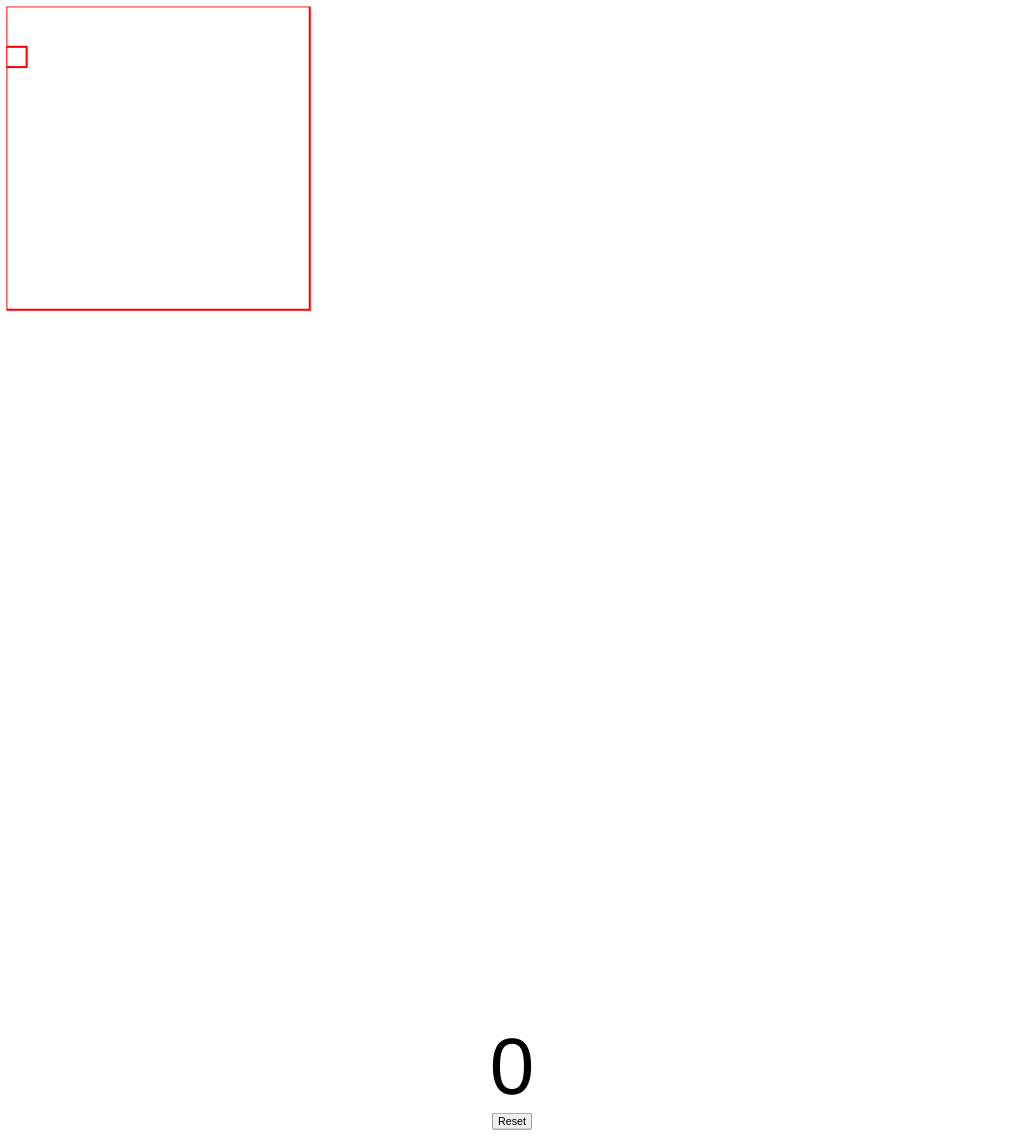
Repository: themoomooo/testgitajout
Page: sneake/index.html
The author's editor kept a copy of each file at every save. The page is drawn from the files as they stood at one save, then again after a run of saves.
The browser window is 1280 px wide. The pictures show the whole page, at 80% of full size.

Above is the page before, as saved 2023-01-24 16:34:59.

### sneake/index.html
<!DOCTYPE html>
<html lang="en">

<head>
    <meta charset="UTF-8">
    <meta http-equiv="X-UA-Compatible" content="IE=edge">
    <meta name="viewport" content="width=device-width, initial-scale=1.0">
    <title>Document</title>
</head>

<body style="text-align: center">
    <svg id="surface" viewbox=" 0 0 500 500"></svg>

    <div id="score" style="font-family: 'Franklin Gothic Medium', 'Arial Narrow', Arial, sans-serif; font-size: 100px;">0</div>
    <button id="resetBtn">Reset</button>
    <script src="js.js"></script>
</body>

</html>

### sneake/js.js
let surface = document.querySelector('#surface')
const gamewidth = surface.clientWidth
const gameheight = surface.clientHeight
console.log(gamewidth,gameheight);
class Piste {
    constructor(x,y,color,) {
        this.x = x;
        this.y = y;
        this.color=color

        this.setsvg();
    }

    setsvg() {

    this.monOjectDom = document.createElementNS('http://www.w3.org/2000/svg','rect');


    this.monOjectDom.style.width = `${this.x}px`;
    this.monOjectDom.style.height = `${this.y}px`;
    this.monOjectDom.style.stroke = this.color;
    this.monOjectDom.style.fill = 'white';
    this.monOjectDom.style.position = 'absolute';
    this.monOjectDom.style.fill = 'white';



    }
    getsvg() {

    return this.monOjectDom;
    }
}

var dir
window.addEventListener("keydown", (event) => {
    dir=event.key
}, true);



class Snake {
    constructor(width,height,x,y,color,) {
        this.width=width;
        this.height=height;
        this.x = x;
        this.y = y;
        this.color=color
        this.setsvg();
    }

    setsvg() {

    this.monOjectDom = document.createElementNS('http://www.w3.org/2000/svg','rect');
    this.monOjectDom.style.width = `${this.width}px`;
    this.monOjectDom.style.height = `${this.height}px`;
    this.monOjectDom.style.stroke = this.color;
    this.monOjectDom.style.fill = 'white';
    this.monOjectDom.setAttribute('x', this.x);
    this.monOjectDom.setAttribute('y', this.y);
    this.monOjectDom.style.position = 'absolute';
    }
    getsvg() {
    return this.monOjectDom;
    }
    move() {
      if(dir==='ArrowRight'){
         this.monOjectDom.style.left
      }else if(dir==='ArrowLeft'){
        this.x -= 1
      }else if(dir==='ArrowUp'){
        this.x -= 1
      }else if(dir==='ArrowDown'){
        this.x += 1
      }
    }
}
const piste = new Piste(150,150,'red');
const snake = new Snake(10,10,0,20,'red');

surface.append(piste.getsvg(),snake.getsvg());
function start() {
    snake.move()
   }
   start()


class Pomme {
    constructor(){

    }
}

After the next 2 saves:
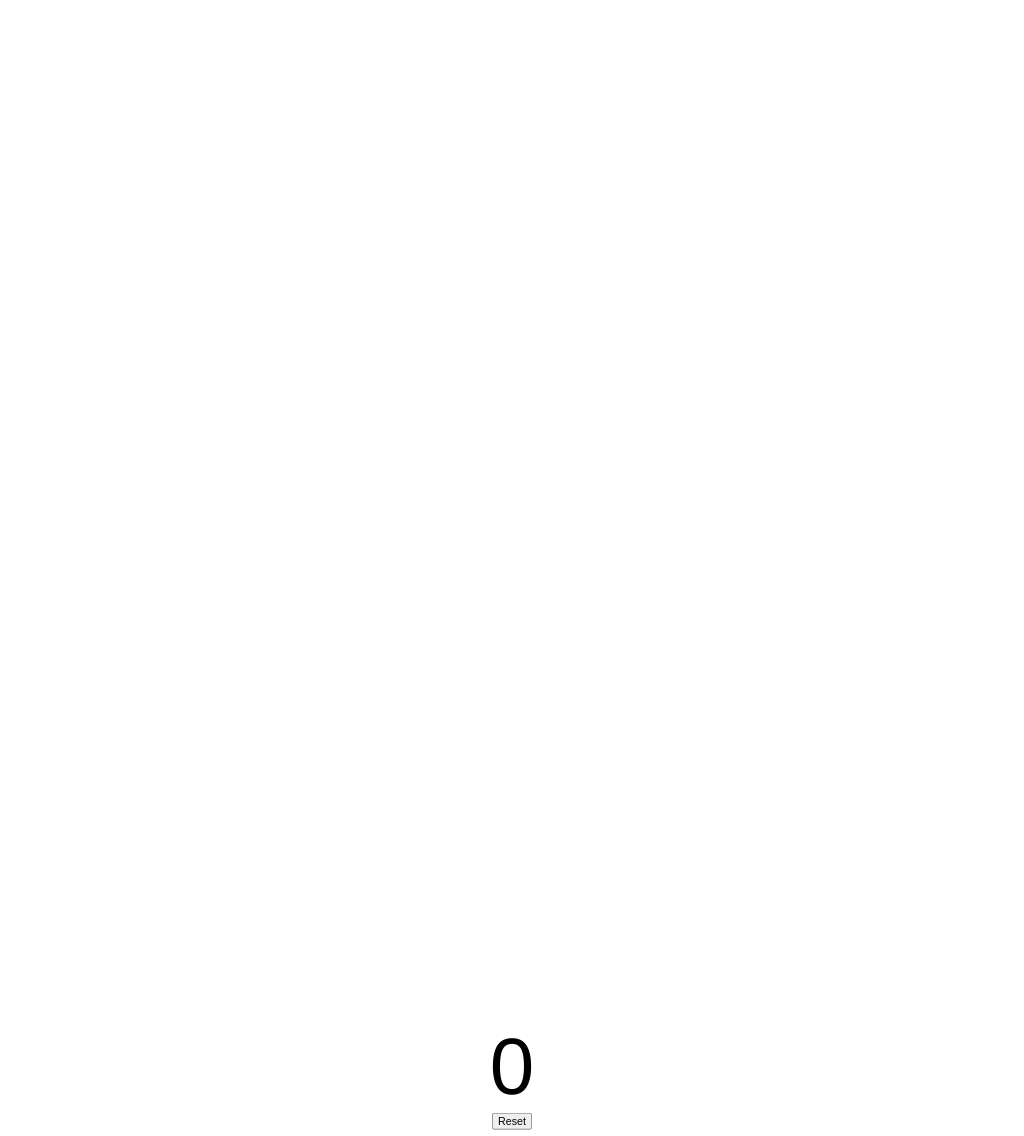
Console error: SyntaxError: Unexpected token '}'
The 2 saves are shown as one change because they came seconds apart.
The last was saved 38 s later.
--- a/sneake/js.js
+++ b/sneake/js.js
@@ -65,7 +65,7 @@
     }
     move() {
       if(dir==='ArrowRight'){
-         this.monOjectDom.style.left
+         this.monOjectDom.style.left =
       }else if(dir==='ArrowLeft'){
         this.x -= 1
       }else if(dir==='ArrowUp'){

After the 5 saves that followed:
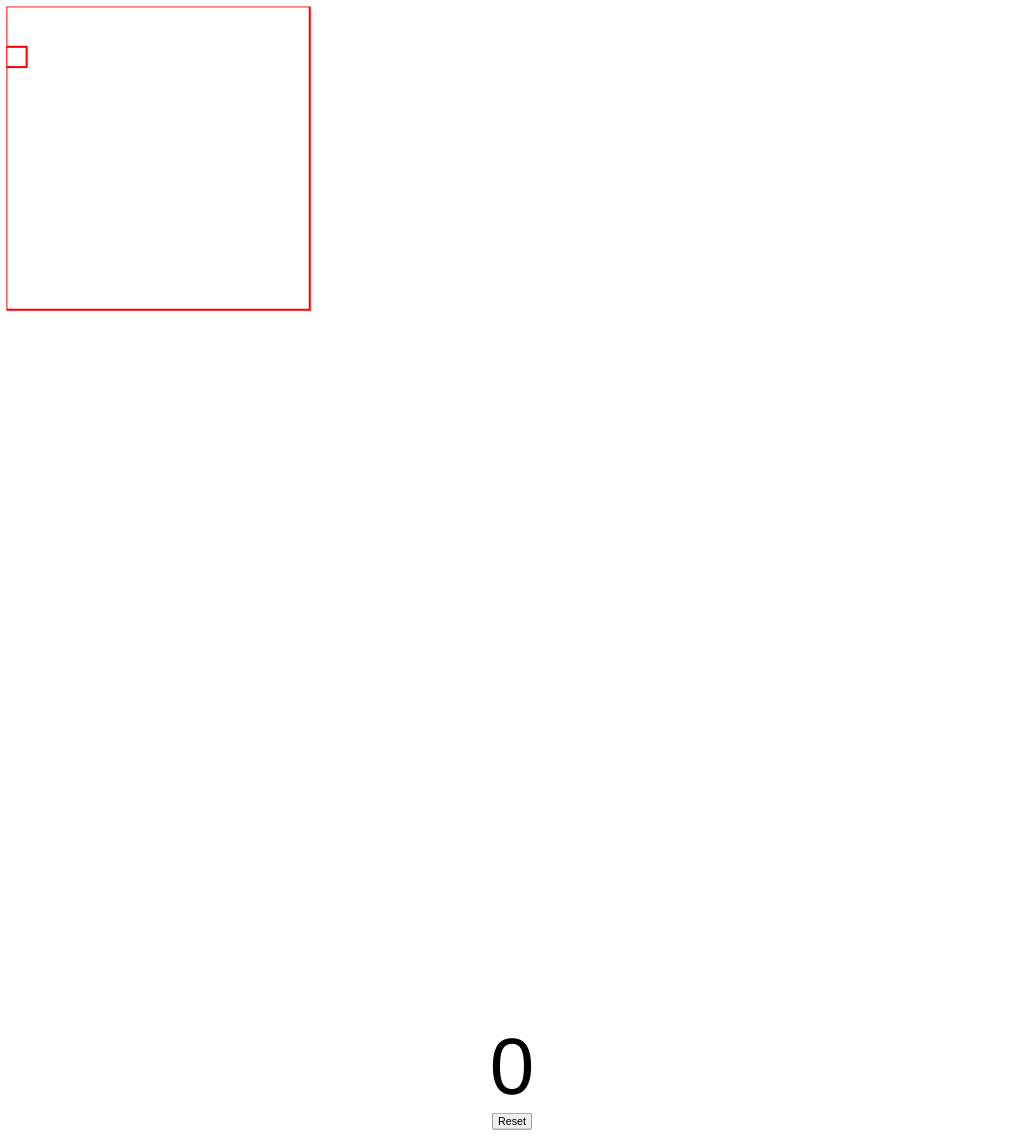
The error is gone.
The 5 saves are shown as one change because they came seconds apart.
The last was saved 11 s later.
--- a/sneake/js.js
+++ b/sneake/js.js
@@ -65,7 +65,7 @@
     }
     move() {
       if(dir==='ArrowRight'){
-         this.monOjectDom.style.left =
+         this.monOjectDom.style.left = '50px'
       }else if(dir==='ArrowLeft'){
         this.x -= 1
       }else if(dir==='ArrowUp'){
